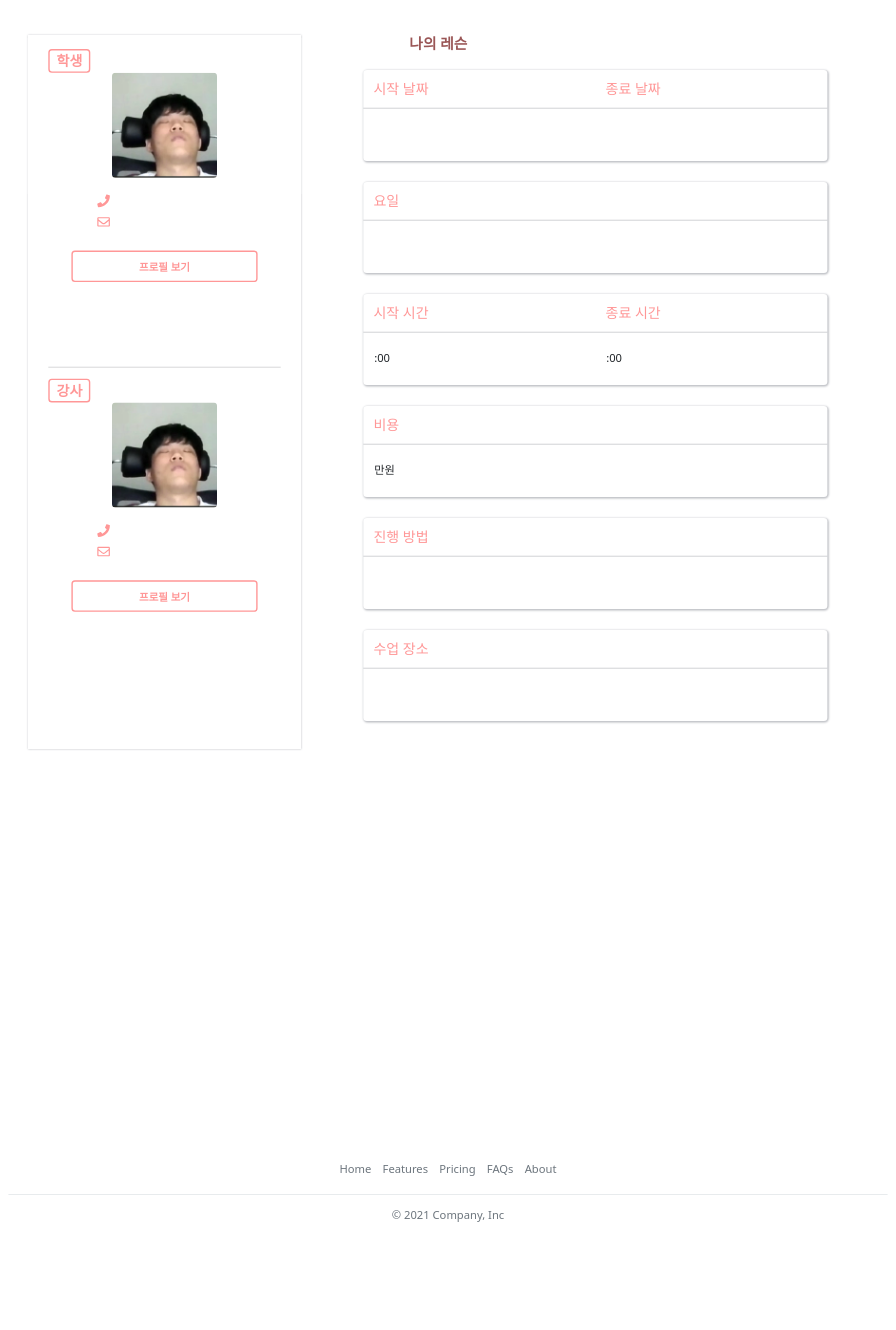
Repository: isssson/MVC2_more
Page: http://localhost/more/WEB-INF/views/document/documentContent.jsp
The author's editor kept a copy of each file at every save. The page is drawn from the files as they stood at one save, then again after the next save.
The browser window is 1280 px wide. The pictures show the part of the page from y = 450 to 2350 px (the page is 2460 px tall), at 70% of full size.
Some web libraries are served in a nearby version. The page is served by Tomcat 9. Nobody is signed in. Other server files are loaded and not shown. The template is opened directly, without the code that normally fills it, so the values that code supplies are empty.

Above is the page before, as saved 2021-12-09 06:33:04.

### more/src/main/webapp/WEB-INF/views/document/documentContent.jsp
<%@ page language="java" contentType="text/html; charset=UTF-8"
	pageEncoding="UTF-8"%>
<!DOCTYPE html>
<html>
<head>
<meta charset="UTF-8">
<title>Insert title here</title>
<link rel="stylesheet" type="text/css" href="resources/css/document/document.css?ver=1">
<link rel="stylesheet" href="resources/css/bootstrap.min.css">
<script src="https://use.fontawesome.com/releases/v5.2.0/js/all.js"></script>
<script src="https://cdnjs.cloudflare.com/ajax/libs/jquery/3.4.1/jquery.min.js"></script>
<script src="https://ajax.googleapis.com/ajax/libs/jquery/3.2.1/jquery.min.js"></script>
<style>

</style>
</head>
<body>
	<%@ include file="/WEB-INF/views/header.jsp"%>
	<div class="revMainContainer">
      <div class="revMainTextBox">
         <div class="revMainText">
            <h1>
               나의 ${dto.cate2} 레슨<br>
               <span style="font-size:25px; font-weight:normal; border-top: 1px solid white; padding: 5px;">나의 레슨 정보를 확인해보세요</span>
            </h1>
         </div>
      </div>
   </div>
	<div class="expertMain">
		<div class="leftMain" style="height:1020px;">
			<div class="leftMenu">
				<div class="who">학생</div>
				<div class="profile">
					<img src="resources/img/jh.png" alt="profile">
					<h4>${dto.m_name}</h4>
					<div class="name">
						<i class="fas fa-phone fa-1x"></i>&nbsp;${dto.m_tel}
					</div>
					<div class="name">
						<i class="far fa-envelope fa-1x"></i>&nbsp;${dto.m_email}
					</div>
					<br>
					<div id="emailBt">프로필 보기</div>
				</div>
				<br>
				<hr>
				<div class="who">강사</div>
				<div class="profile">
					<img src="resources/img/jh.png" alt="profile">
					<h4>${dto.e_name}</h4>
					<div class="name">
						<i class="fas fa-phone fa-1x"></i>&nbsp;${dto.e_tel}
					</div>
					<div class="name">
						<i class="far fa-envelope fa-1x"></i>&nbsp;${dto.e_email}
					</div>
					<br>
					<div id="emailBt">프로필 보기</div>
				</div>
			</div>

		</div>
		<div class="rightMain">
			<div class="rightMenu">
				<div class="rightContainer">
					<div class="rightMenubar">
						<h3>나의 레슨</h3>
					</div>
				<div class="aaa" style="display:flex; justify-content: space-between;">
				<div class="aab">
					<div class="bbb">
						<h5>시작 날짜</h5>
					</div>
					<div class="card-body py-0">
						<div class="my-4">
							<p class="card-text mb-5">${dto.start_date}</p>
						</div>
					</div>
				</div>
				<div class="aab">
					<div class="bbb">
						<h5>종료 날짜</h5>
					</div>
					<div class="card-body py-0">
						<div class="my-4">
							<p class="card-text mb-5">${dto.end_date}</p>
						</div>
					</div>
				</div>
				</div>
				<div class="aaa">
					<div class="bbb">
						<h5>요일</h5>
					</div>
					<div class="card-body py-0">
						<div class="my-4">
							<p class="card-text mb-5">${dto.day}</p>
						</div>
					</div>
				</div>
				<div class="aaa" style="display:flex; justify-content: space-between;">
				<div class="aab">
					<div class="bbb">
						<h5>시작 시간</h5>
					</div>
					<div class="card-body py-0">
						<div class="my-4">
							<p class="card-text mb-5">${dto.start_time}:00</p>
						</div>
					</div>
				</div>
				<div class="aab">
					<div class="bbb">
						<h5>종료 시간</h5>
					</div>
					<div class="card-body py-0">
						<div class="my-4">
							<p class="card-text mb-5">${dto.end_time}:00</p>
						</div>
					</div>
				</div>
				</div>
				<div class="aaa">
					<div class="bbb">
						<h5>비용</h5>
					</div>
					<div class="card-body py-0">
						<div class="my-4">
							<p class="card-text mb-5">${dto.cost}만원</p>
						</div>
					</div>
				</div>
				<div class="aaa">
					<div class="bbb">
						<h5>진행 방법</h5>
					</div>
					<div class="card-body py-0">
						<div class="my-4">
							<p class="card-text mb-5">${dto.process}</p>
						</div>
					</div>
				</div>
				<div class="aaa">
					<div class="bbb">
						<h5>수업 장소</h5>
					</div>
					<div class="card-body py-0">
						<div class="my-4">
							<p class="card-text mb-5">${dto.ls_location}</p>
						</div>
					</div>
				</div>
			</div>
		</div>
	</div>
	</div>
<%@ include file="/WEB-INF/views/footer.jsp"%>
</body>
</html>

### more/src/main/webapp/WEB-INF/views/header.jsp
<%@ page language="java" contentType="text/html; charset=UTF-8"
    pageEncoding="UTF-8"%>
<%@ taglib prefix="c" uri="http://java.sun.com/jsp/jstl/core" %>
<script src="https://use.fontawesome.com/releases/v5.2.0/js/all.js"></script>
<link href="resources/css/header.css" rel="stylesheet">
<!-- ---------------------비회원  -->
<c:if test="${sessionScope.sessionStatus == null }">
	<header>
    <div id="headerContainer">
        <a href="index.do"><img src="resources/img/more_logo.jpg" alt="logo" style="padding: 10px"></a>
        <div id="menubar">
          <div id="leftMenu">
            <div><a href="regist1.do">전문가 등록하기</a></div>
            <div><a href="lessonList.do">수업 요청하기</a></div>
            <div><a href="bbsList.do">자유 게시판</a></div>
            <div><a href="reviewList.do">후기 게시판</a></div>
          </div>
          <div id="rightMenu">
               <div><a href="login.do">로그인</a></div>
               <div><a href="#"><i class="far fa-question-circle"></i></a></div>
          </div>
        </div>
      </div>
	</header>
</c:if>
<!----------------------기본(의뢰인) 로그인중-->
<c:if test="${sessionScope.sessionStatus == 1 }">
	<header>
     <div id="headerContainer">
        <a href="index.do"><img src="resources/img/more_logo.jpg" alt="logo" style="padding: 10px"></a>
        <div id="menubar">
          <div id="leftMenu">
            <div id="client" onmouseover="show()" onmouseout="hide()">
               <a href="#">레슨</a>
              </div>
            <div id="joinExpert">
               <a href="regist1.do">전문가 등록하기</a>
             </div>
            <div><a href="bbsList.do">자유 게시판</a></div>
            <div><a href="reviewList.do">후기 게시판</a></div>
          </div>
          <div id="rightMenu">
            <div>${sessionScope.sessionName }님</div>
            <div><a href=""><i class="far fa-bell fa-1x"></i></a></div>
            <div><a href="setting.do"><i class="far fa-user fa-1x"></i></a></div>
            <div><a href="#"><i class="far fa-question-circle"></i></a></div>
          </div>
        </div>
      </div>
      <div id="hiddenHeaderContainer" onmouseover="show()" onmouseout="hide()">
        <div class="hiddenItem">
          <div class="Item"><a href="suggestList.do">레슨 목록</a></div>
          <div class="Item"><a href="lessonList.do">레슨 요청하기</a></div>
          <div class="Item"><a href="sentRequest.do?id=${sessionScope.sessionId}">보낸 요청</a></div>
          <div class="Item"><a href="#">받은 제안</a></div>
          <div class="Item"><a href="#">나의 레슨 내역</a></div>
        </div>
      </div>
	</header>
</c:if>
<!-- -----------------------전문가 로그인중 -->
<c:if test="${sessionScope.sessionStatus == 2 }">
	<header>
     <div id="headerContainer">
       <a href="index.do"><img src="resources/img/more_logo.jpg" alt="logo" style="padding: 10px"></a>
       <div id="menubar">
         <div id="leftMenu">
           <div id="client" onmouseover="show()" onmouseout="hide()">
              <a href="#">레슨</a>
             </div>
           <div><a href="bbsList.do">자유 게시판</a></div>
           <div><a href="reviewList.do">후기 게시판</a></div>
         </div>
         <div id="rightMenu">
           <div id="client" onmouseover="show()" onmouseout="hide()">
               <div><a href="">10000 <i class="fas fa-coins fa-1x"></i></a></div>
             </div>
           <div>${sessionScope.sessionName }님</div>
              <div><a href=""><i class="far fa-bell fa-1x"></i></a></div>
           <div><a href="setting.do"><i class="far fa-user fa-1x"></i></a></div>
           <div><a href="#"><i class="far fa-question-circle"></i></a></div>
         </div>
       </div>
     </div>
     <div id="hiddenHeaderContainer" onmouseover="show()" onmouseout="hide()">
       <div class="hiddenItem">
       	 <div class="Item"><a href="requestList.do">레슨 목록</a></div>
       	 <div class="Item"><a href="suggest.do">레슨 제안하기</a></div>
         <div class="Item"><a href="#">보낸 제안</a></div>
		 <div class="Item"><a href="#">나의 레슨 내역</a></div>
       </div>
     </div>
	</header>
</c:if>
   <script>
       function show(){
         document.getElementById('hiddenHeaderContainer').style.display='block';
       }
       function hide(){
         document.getElementById('hiddenHeaderContainer').style.display='none';
       }
  </script>

### more/src/main/webapp/WEB-INF/views/footer.jsp
<%@ page language="java" contentType="text/html; charset=UTF-8"
    pageEncoding="UTF-8"%>
<link href="resources/css/footer.css" rel="stylesheet">
<div class="container-fluid">
  <footer class="py-3 my-4">
    <ul class="nav justify-content-center border-bottom pb-3 mb-3">
      <li class="nav-item"><a href="#" class="nav-link px-2 text-muted">Home</a></li>
      <li class="nav-item"><a href="#" class="nav-link px-2 text-muted">Features</a></li>
      <li class="nav-item"><a href="#" class="nav-link px-2 text-muted">Pricing</a></li>
      <li class="nav-item"><a href="#" class="nav-link px-2 text-muted">FAQs</a></li>
      <li class="nav-item"><a href="#" class="nav-link px-2 text-muted">About</a></li>
    </ul>
    <p class="text-center text-muted">&copy; 2021 Company, Inc</p>
  </footer>
</div>

<div class="b-example-divider"></div>

### more/src/main/webapp/resources/css/document/document.css
@charset "UTF-8";
/* -------------------------main------------------------- */
.revMainContainer{
	background-image:url(https://d3cwtye3iv0eb9.cloudfront.net/media/images/part/1544382373866000/pc/origin.jpg);
	background-repeat:no-repeat;
	background-size:cover;
    height: 380px;
    width: 100%;
}
.revMainContainer .revMainTextBox{
    width: 100%;
    height: 400px;
    padding-right: 15px;
    padding-left: 15px;
    margin:0 auto;
}
.revMainText{
    margin:0 auto;
    width: 550px;
    height: 400px;
    display: flex;
    flex-direction: column;
    justify-content: center;
}
.revMainText h1{
    height: 100px;
    font-size: 42px;
    font-weight: bold;
    color: white;
    text-align: center;
}

.who{
	width: 60px;
    font-size: 20px;
    font-weight: bold;
    color: #ff9797;
    border: 2px solid #ff9797;
    border-radius: 5px;
    text-align: center;
}
.name{
	font-size: 18px;
    text-align: left;
    margin-left:70px;
}

.aaa{
    height:130px;
	margin: 0 auto;
    margin-bottom: 30px;
	border-radius: 5px;
	box-shadow: 1px 1px 3px 1px #bdbfc4;
    }
.aab{
	display:flex;
	flex-direction: column;
	width:50%;
}
.bbb{
    color:#ff9797;
    padding: 15px;
    border-bottom: 1px solid #bdbfc4;
    height: 55px;
}

ul {
	list-style: none;
}

hr {
	box-shadow: 1px #bdbfc4;
}

h3 {
	color: #9a5656;
	font-weight: 900;
}

a:link {
	color: black;
	text-decoration: none;
}

a:visit {
	color: black;
	text-decoration: none;
}

h5 {
	font-weight: bold;
}

h2{
	color:#9a5656;
	font-weight: bold;
	margin: 20px auto;
    text-align: center;
}
h2 span{
	font-size:25px;
	color: #8c8280;
}
button{
	color: #ff9797;
    background-color: white;
    border: 2px solid #ff9797;
    border-radius: 20px;
    font-weight: bold;
}

#expertNav {
	width: 1200px;
	margin: 0 auto;
	padding-top: 20px;
	padding-bottom: 20px;
	text-align: center;
	background-color: #fff;
	border-bottom: 1px solid #e2e2e2;
}

#expertNav span {
	font-size: 18px;
	padding-right: 40px;
	padding-left: 40px;
}

.expertMain {
	width: 1200px;
	height: 1600px;
	margin: 10px auto;
	display: flex;
}
/* ----------   ---------------leftMenu */
.expertMain .leftMain {
	width: 400px;
	height: 930px;
	margin-right: 30px;
	margin-top: 40px;
	box-shadow: 1px 1px 3px 1px #bdbfc4;
}

.leftMain .leftMenu {
	width: 85%;
	height: 90%;
	margin: 20px auto;
}

.modify {
	width: 100%;
	height: 30px;
	text-align: right;
}

.profile {
	width: 100%;
	height: 380px;
	text-align: center;
}

.profile img {
	width: 150px;
	height: 150px;
	border-radius: 5px;
	object-fit: cover;
}

.profile div {
	margin-bottom: 20px;
}

.profile h4 {
	font-size: 24px;
	font-weight:bold;
	margin-bottom: 10px;
	margin-top: 20px;
}

.profile .name {
	height: 10px;
}

.profile .name svg {
	color: #ff9797;
}

#telBt {
	width: 80%;
	height: 45px;
	font-size: 15px;
	font-weight:bold;
	text-align: center;
	margin: 10px auto;
	padding-top: 10px;
	border-radius: 5px;
	color: white;
	border: 2px solid #ff9797;
	background-color: #ff9797;
	cursor: pointer;
}

#emailBt {
	width: 80%;
	height: 45px;
	font-size: 15px;
	font-weight:bold;
	text-align: center;
	margin: 0 auto;
	padding-top: 10px;
	border-radius: 5px;
	color: #ff9797;
	border: 2px solid #ff9797;
	background-color: white;
	cursor: pointer;
}
#requestBt{
	width: 80%;
	height: 70px;
	font-size: 23px;
	font-weight:bold;
	text-align: center;
	margin: 0 auto;
	padding: 20px;
    background-color: #ff9797;
	border-radius: 5px;
	cursor: pointer;
}
#requestBt a{
	color:white;
}
.profileContainer {
	width: 100%;
	height: 110px;
}
.profileItem {
	width: 100%;
	height: 25px;
	margin-top: 15px;
	margin-bottom: 25px;
	display: flex;
	justify-content: space-between;
}

.profileContainer h3 {
	width: 190px;
	height: 35px;
	font-size: 19px;
	font-weight: bold;
	margin-top: 0px;
}

.location {
	width: 100%;
	height: 70px;
}

.location div {
	font-size: 17px;
}

.suggestContent{
	width: 100%;
    height: 230px;
    margin: 20px auto;
    border-radius: 5px;
    box-shadow: 1px 1px 3px 1px #bdbfc4;
    position:relative;
}
/* -------------------------rightMenu */
.expertMain .rightMain {
	width: 800px;
	height: 2000px;
}

.rightMain .rightMenu {
	width: 85%;
	height: 90%;
	margin: 40px auto;
}

.rightMain h3 {
	width: 250px;
	height: 35px;
	font-size: 21px;
	font-weight: bold;
	margin-top: 0px;
}

.rightMenu .compleContainer1 {
	width: 100%;
	height: 300px;
	border-radius: 5px;
	box-shadow: 1px 1px 3px 1px #bdbfc4;
}

.compleItems {
	padding: 20px;
}

.compleItem {
	width: 100%;
	height: 70px;
	display: flex;
	justify-content: space-between;
}

.compleItem button, .compleItem2 button {
	width: 80px;
	height: 35px;
	margin-top: 13px;
}

.compleItems div {
	margin-top: 20px;
	text-align: center;
}

.rightMenu .compleContainer2 {
	width: 100%;
	height: 100px;
	margin-top: 40px;
	border-radius: 5px;
	box-shadow: 1px 1px 3px 1px #bdbfc4;
}

.compleItems2 {
	padding: 20px;
}

.compleItem2 {
	width: 100%;
	height: 50px;
	display: flex;
	justify-content: space-between;
}
/* -------------------right 아래 */
.rightContainer {
	width: 100%;
	height: 90%;
	margin-top: 40px;
}

.rightContainer .rightMenubar {
	width: 80%;
	height: 50px;
	margin: 0px auto;
}

.rightMenubar span {
	display: inline-block;
	width: 120px;
	text-align: center;
	line-height: 58px;
	font-size: 15px;
	font-weight: bold;
}

.reviewContainer {
	width: 100%;
}
.reviewContainer1 {
	width: 100%;
	height: 450px;
}

.reviewItem {
	width: 100%;
	height: 30px;
	margin-top: 15px;
	margin-bottom: 15px;
	display: flex;
	justify-content: space-between;
}

.reviewContent1 {
	margin-top: 20px;
	display: flex;
	justify-content: space-between;
}

.reviewContent1 .leftStar {
	width: 33.3%;
	height: 70px;
}

.reviewContent1 .leftStar svg {
	color: #ff9797;
}

.reviewContent1 .rightStar {
	width: 66.6%;
	height: 70px;
	text-align: right;
	display: flex;
	flex-direction: column;
	align-items: flex-end;
}

.rightStar ul {
	margin-top: 0;
	margin-bottom: 0;
}

.rightStar li {
	float: left;
	padding-left: 8px;
}

.reviewContent2 {
	width: 70%;
	height: 230px;
	margin: 45px auto;
	border-radius: 5px;
	box-shadow: 1px 1px 3px 1px #bdbfc4;
	position:relative;
}

.reviewList {
	margin-top: 25px;
	padding: 15px;
	text-align: center;
}
.specContainer {
	width: 100%;

}

.specContainer h4 {
	margin-bottom: 8px;
}

.careerItems{
	display:flex;
	justify-content:space-between;
}
.careerItem{
	width:50%;
}
.rightMenu .compleContainer3 {
	width: 100%;
	margin-top: 0;
	height: 110px;
	border-radius: 5px;
	box-shadow: 1px 1px 3px 1px #bdbfc4;
}

.specContainer img, #modal_profile img {
	width: 70px;
	height: 70px;
	float: left;
	margin-right:10px;
	border-radius: 100%;
	object-fit: cover;
}

.listContainer{
	width: 100%;
	margin-top: 0;
	height: 200px;
	border-radius: 5px;
	box-shadow: 1px 1px 3px 1px #bdbfc4;
}

.univUl {
	margin-top: 5px;
	padding-left: 90px;
}

.ul {
	margin-top: 7px;
	padding-left: 0;
}

.univUl :nth-child(1), .ul :nth-child(1) {
	font-weight: bold;
}

.spec {
	margin-top: 25px;
	margin-bottom: 60px;
	display: flex;
	justify-content: space-between;
}
.page{
	 text-align:center;
	 position: absolute;
	 left: 50%;
	 bottom: 10px;
	 transform: translateX(-50%);
}

### more/src/main/webapp/resources/css/header.css
@charset "UTF-8";
a{
    text-decoration:none;
    color:rgb(26, 25, 25);
}
a:hover{
    color:rgb(26, 25, 25);
}
svg{
    color: #7e7878;
}
svg:hover{
    color: #424040;
    cursor: pointer;
}
#headerContainer{
    width:100%;
    height:70px;
    margin: 0 auto;
    display: flex;
    flex-direction: row;
    border-bottom:1px solid #dee2e6;
}
#headerContainer img{
    width: 200px;
    height: 65px;
    object-fit: cover;
}
#headerContainer #menubar{
    width:100%;
    height: 70px;
    display: flex;
    flex-direction: row;
    justify-content: space-between;
}
#headerContainer #menubar div a{
    font-size: 18px;
    color: #7e7878;
}
#headerContainer #menubar a:hover{
    color: #424040;
    font-weight: bold;
}
#menubar #leftMenu{
    display: flex;
}
#menubar #rightMenu{
    display: flex;
    margin-right: 30px;
}
#menubar #leftMenu div, #menubar #rightMenu div{
    font-size: 18px;
    line-height: 70px;
    margin-left: 25px;
}
#hiddenHeaderContainer{
    position: absolute;
    display: none;
    z-index: 1;
    width:100%;
    height:70px;
    left:50%;
    border-top:1px solid rgb(187, 183, 183);
    border-bottom:1px solid rgb(187, 183, 183);
    transform: translate(-50%);
    background-color: white;
}
#hiddenHeaderContainer .hiddenItem{

    width:100%;
    height:70px;
    margin-left: 170px;
    display: flex;
}
#hiddenHeaderContainer .hiddenItem .Item a{
    font-size: 18px;
    line-height: 70px;
    margin-left: 50px;
    color: #7e7878;
}
#hiddenHeaderContainer .hiddenItem .Item a:hover{
    color: #424040;
    font-weight: bold;
}

### more/src/main/webapp/resources/css/footer.css
@charset "UTF-8";
li {
	border-top: none;
}

Loaded but not shown: more/src/main/webapp/resources/css/bootstrap.min.css (library)

After the next save:
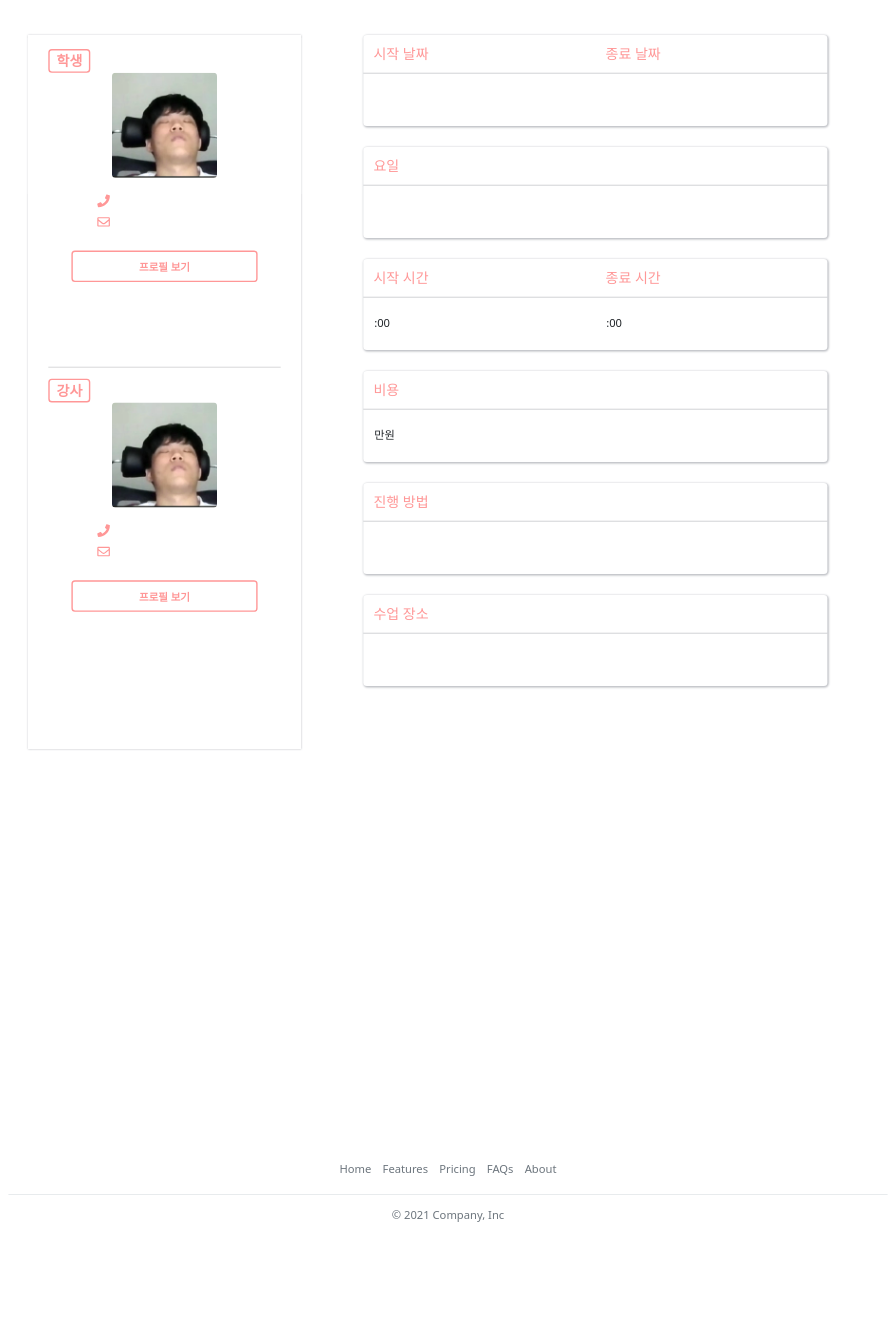
Saved 23 s later.
--- a/more/src/main/webapp/WEB-INF/views/document/documentContent.jsp
+++ b/more/src/main/webapp/WEB-INF/views/document/documentContent.jsp
@@ -63,9 +63,6 @@
 		<div class="rightMain">
 			<div class="rightMenu">
 				<div class="rightContainer">
-					<div class="rightMenubar">
-						<h3>나의 레슨</h3>
-					</div>
 				<div class="aaa" style="display:flex; justify-content: space-between;">
 				<div class="aab">
 					<div class="bbb">
